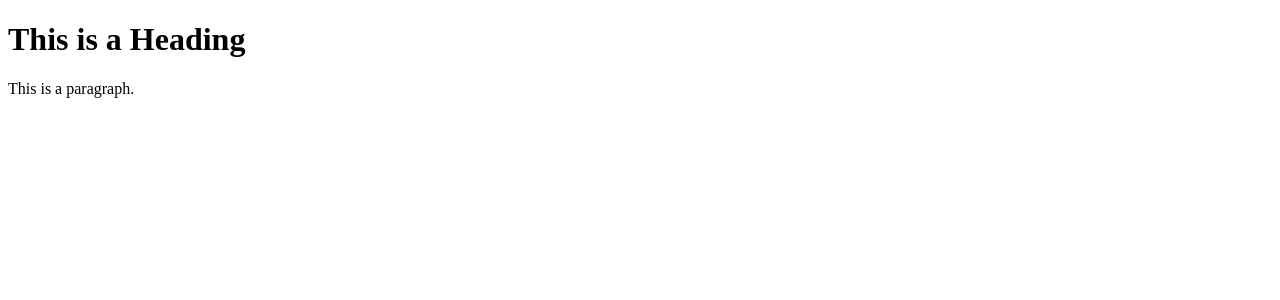
Repository: pflores002/pflores002.github.io
Page: project1.html
The author's editor kept a record of every edit. The page is drawn from the files as they stood at one moment, then again after the next edit.
The browser window is 1280 px wide. The pictures show the whole page.

Above is the page before.

After the next edit:
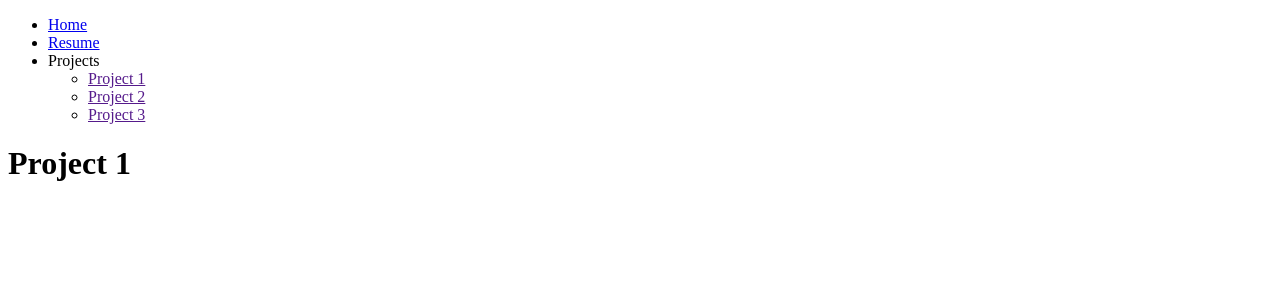
The edit:
--- a/project1.html
+++ b/project1.html
@@ -4,9 +4,20 @@
         <title>Project 1</title>
     </head>
     <body>
+        <ul class="navbar">
+            <li><a href="./">Home</a></li>
+            <li><a href="resume.html">Resume</a></li>
+            <li class="dropdown">
+                <div>Projects</div>
+                <ul class="dropdown-content">
+                    <li><a href="">Project 1</a></li>
+                    <li><a href="">Project 2</a></li>
+                    <li><a href="">Project 3</a></li>
+                </ul>
+            </li>
 
-        <h1>This is a Heading</h1>
-        <p>This is a paragraph.</p>
+        </ul>
+        <h1>Project 1</h1>
 
     </body>
 </html>
